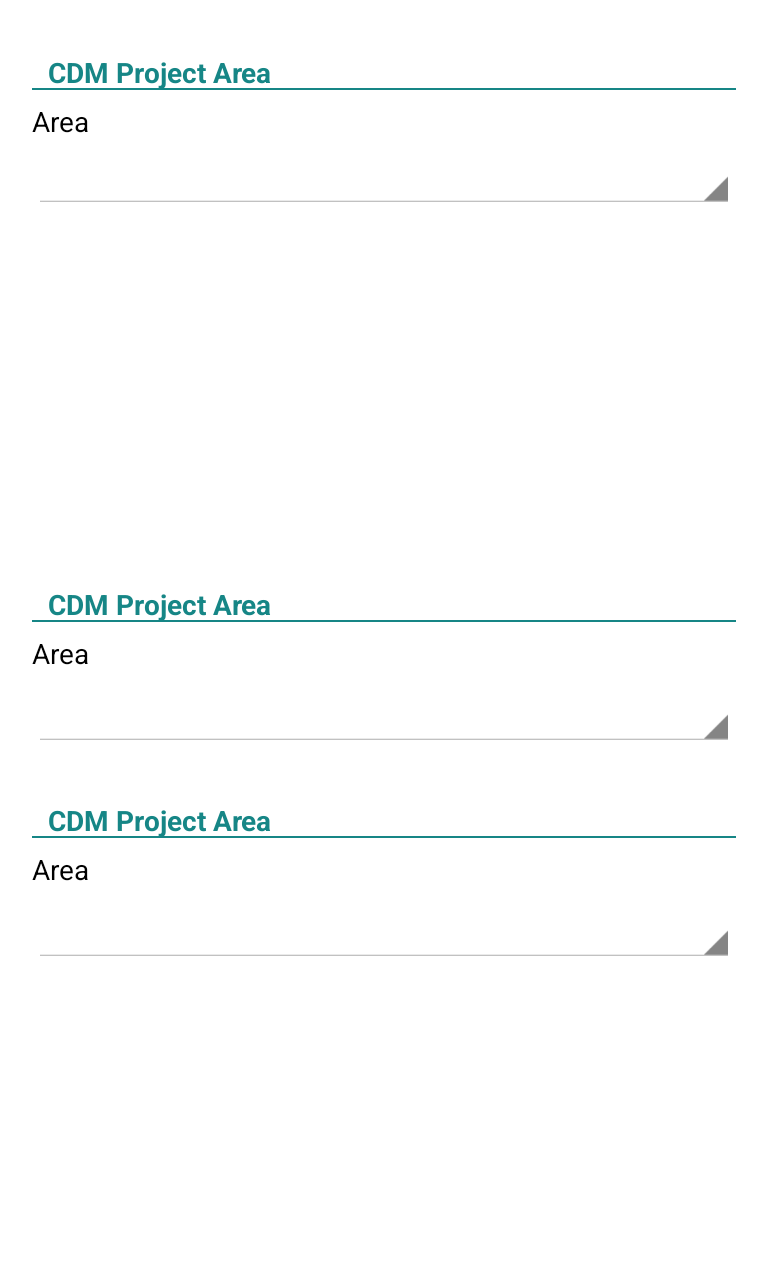
Repository: erwasambo/greendevelopment
Layout: GreenDevelopment/res/layout/usercofig.xml
The author's editor kept a copy of each file at every save. The layout is drawn from the files as they stood at one save, then again after the next save.
It is drawn on a 768 x 1280 px phone screen (xhdpi) without system bars, with theme AppBaseTheme; the app's code is not run.

Above is the layout before, as saved 2013-11-13 17:03:15.

### GreenDevelopment/res/layout/usercofig.xml
<?xml version="1.0" encoding="utf-8"?>
<RelativeLayout xmlns:android="http://schemas.android.com/apk/res/android"
    android:layout_width="match_parent"
    android:layout_height="match_parent" >

    <LinearLayout
        android:id="@+id/OrgLinearLayout"
        android:layout_width="match_parent"
        android:layout_height="wrap_content"
        android:layout_alignParentLeft="true"
        android:layout_alignParentTop="true"
        android:orientation="vertical"
        android:paddingLeft="@dimen/activity_horizontal_margin"
        android:paddingRight="@dimen/activity_horizontal_margin" >

        <RelativeLayout
            android:layout_width="match_parent"
            android:layout_height="@dimen/lvHdrItemHeight"
            android:clickable="false" >

            <View
                android:id="@+id/item_separator"
                android:layout_width="match_parent"
                android:layout_height="@dimen/lvDividerHeight"
                android:layout_alignParentBottom="true"
                android:layout_marginTop="@dimen/lvSectionDividerMarginTop"
                android:background="@color/lvHeaderDividerColor" />

            <TextView
                android:id="@+id/TextView10"
                style="@style/listViewHeaderItem"
                android:layout_width="match_parent"
                android:layout_height="fill_parent"
                android:layout_alignParentLeft="true"
                android:layout_marginTop="5dp"
                android:drawableBottom="@color/goblinGreen"
                android:gravity="bottom|left"
                android:text="@string/cdmprojarea"
                android:textColor="@color/lvHeaderTextColor"
                android:textIsSelectable="false" />
        </RelativeLayout>

        <TextView
            android:id="@+id/TextView06"
            android:layout_width="wrap_content"
            android:layout_height="wrap_content"
            android:layout_alignParentLeft="true"
            android:layout_below="@+id/textView1"
            android:layout_marginTop="6dp"
            android:text="@string/area"
            android:textAppearance="?android:attr/textAppearanceMedium"
            android:textSize="@dimen/lvHeadingTextSize" />

        <Spinner
            android:id="@+id/projareaSpinner1"
            android:layout_width="match_parent"
            android:layout_height="wrap_content"
            android:layout_alignParentLeft="true"
            android:layout_alignRight="@+id/orgtextView2"
            android:layout_below="@+id/textView1"
            android:layout_marginTop="3dp" />
    </LinearLayout>

    <LinearLayout
        android:id="@+id/PersRespLinearLayout"
        android:layout_width="match_parent"
        android:layout_height="wrap_content"
        android:layout_alignParentLeft="true"
        android:layout_centerVertical="true"
        android:orientation="vertical"
        android:paddingLeft="@dimen/activity_horizontal_margin"
        android:paddingRight="@dimen/activity_horizontal_margin" >

        <RelativeLayout
            android:layout_width="match_parent"
            android:layout_height="@dimen/lvHdrItemHeight"
            android:clickable="false" >

            <View
                android:id="@+id/View01"
                android:layout_width="match_parent"
                android:layout_height="@dimen/lvDividerHeight"
                android:layout_alignParentBottom="true"
                android:layout_marginTop="@dimen/lvSectionDividerMarginTop"
                android:background="@color/lvHeaderDividerColor" />

            <TextView
                android:id="@+id/TextView01"
                style="@style/listViewHeaderItem"
                android:layout_width="match_parent"
                android:layout_height="fill_parent"
                android:layout_alignParentLeft="true"
                android:layout_marginTop="5dp"
                android:drawableBottom="@color/goblinGreen"
                android:gravity="bottom|left"
                android:text="@string/cdmprojarea"
                android:textColor="@color/lvHeaderTextColor"
                android:textIsSelectable="false" />
        </RelativeLayout>

        <TextView
            android:id="@+id/TextView02"
            android:layout_width="wrap_content"
            android:layout_height="wrap_content"
            android:layout_alignParentLeft="true"
            android:layout_below="@+id/textView1"
            android:layout_marginTop="6dp"
            android:text="@string/area"
            android:textAppearance="?android:attr/textAppearanceMedium"
            android:textSize="@dimen/lvHeadingTextSize" />

        <Spinner
            android:id="@+id/Spinner01"
            android:layout_width="match_parent"
            android:layout_height="wrap_content"
            android:layout_alignParentLeft="true"
            android:layout_alignRight="@+id/orgtextView2"
            android:layout_below="@+id/textView1"
            android:layout_marginTop="6dp" />
    </LinearLayout>

    <LinearLayout
        android:id="@+id/LinearLayout02"
        android:layout_width="match_parent"
        android:layout_height="wrap_content"
        android:layout_alignParentLeft="true"
        android:layout_below="@+id/PersRespLinearLayout"
        android:orientation="vertical"
        android:paddingLeft="@dimen/activity_horizontal_margin"
        android:paddingRight="@dimen/activity_horizontal_margin" >

        <RelativeLayout
            android:layout_width="match_parent"
            android:layout_height="@dimen/lvHdrItemHeight"
            android:clickable="false" >

            <View
                android:id="@+id/View02"
                android:layout_width="match_parent"
                android:layout_height="@dimen/lvDividerHeight"
                android:layout_alignParentBottom="true"
                android:layout_marginTop="@dimen/lvSectionDividerMarginTop"
                android:background="@color/lvHeaderDividerColor" />

            <TextView
                android:id="@+id/TextView03"
                style="@style/listViewHeaderItem"
                android:layout_width="match_parent"
                android:layout_height="fill_parent"
                android:layout_alignParentLeft="true"
                android:layout_marginTop="5dp"
                android:drawableBottom="@color/goblinGreen"
                android:gravity="bottom|left"
                android:text="@string/cdmprojarea"
                android:textColor="@color/lvHeaderTextColor"
                android:textIsSelectable="false" />
        </RelativeLayout>

        <TextView
            android:id="@+id/TextView04"
            android:layout_width="wrap_content"
            android:layout_height="wrap_content"
            android:layout_alignParentLeft="true"
            android:layout_below="@+id/textView1"
            android:layout_marginTop="6dp"
            android:text="@string/area"
            android:textAppearance="?android:attr/textAppearanceMedium"
            android:textSize="@dimen/lvHeadingTextSize" />

        <Spinner
            android:id="@+id/Spinner02"
            android:layout_width="match_parent"
            android:layout_height="wrap_content"
            android:layout_alignParentLeft="true"
            android:layout_alignRight="@+id/orgtextView2"
            android:layout_below="@+id/textView1"
            android:layout_marginTop="6dp" />
    </LinearLayout>

</RelativeLayout>

### GreenDevelopment/res/values/styles.xml
<resources>
    <style name="AppBaseTheme" parent="android:Theme.Light">
    </style>

    <style name="listViewHeaderItem">
        <item name="android:textStyle">bold</item>
        <item name="android:textSize">@dimen/lvHeadingTextSize</item>
        <item name="android:paddingLeft">@dimen/lvHeadingPaddingLeft</item>
    </style>

    <style name="listViewItem">
        <item name="android:layout_height">@dimen/lvItemHeight</item>
        <item name="android:clickable">true</item>
    </style>

    <style name="listViewPrimaryDetail">
        <item name="android:paddingTop">@dimen/lvPrimaryPaddingTop</item>
        <item name="android:paddingBottom">@dimen/lvPrimaryPaddingBottom</item>
        <item name="android:paddingLeft">@dimen/lvPrimaryPaddingLeft</item>
        <item name="android:textColor">@color/primaryTextColor</item>
        <item name="android:textSize">@dimen/lvPrimaryTextSize</item>
    </style>

    <style name="listViewSecondaryDetail">
        <item name="android:paddingTop">@dimen/lvSecondaryPaddingTop</item>
        <item name="android:paddingBottom">@dimen/lvSecondaryPaddingBottom</item>
        <item name="android:paddingLeft">@dimen/lvSecondaryPaddingLeft</item>
        <item name="android:textColor">@color/secondaryTextColor</item>
        <item name="android:textSize">@dimen/lvSecondaryTextSize</item>
    </style>

    <style name="listViewVerticalDivider">
        <item name="android:layout_marginTop">@dimen/lvDividerMargin</item>
        <item name="android:layout_marginBottom">@dimen/lvDividerMargin</item>
        <item name="android:layout_width">@dimen/lvDividerWidth</item>
        <item name="android:background">@color/lvDividerColor</item>
    </style>

    <style name="listViewSectionDividerVerticalDivider">
        <item name="android:layout_width">@dimen/lvDividerWidth</item>
        <item name="android:background">@color/goblinGreen</item>
        <item name="android:layout_marginTop">@dimen/lvSectionDividerMargin</item>
        <item name="android:layout_marginBottom">@dimen/lvSectionDividerMargin</item>
    </style>

    <style name="listViewItemButtonStyle">
        <item name="android:layout_width">@dimen/lvItemHeight</item>
        <item name="android:layout_height">@dimen/lvItemHeight</item>
        <item name="android:scaleType">centerInside</item>
    </style>

    <style name="listViewHeaderItemButtonStyle">
        <item name="android:layout_width">@dimen/lvItemHeight</item>
        <item name="android:layout_height">@dimen/lvItemHeight</item>
        <item name="android:scaleType">centerInside</item>
    </style>

</resources>

### GreenDevelopment/res/values/dimens.xml
<resources>

    <!-- Default screen margins, per the Android Design guidelines. -->
    <dimen name="activity_horizontal_margin">16dp</dimen>
    <dimen name="activity_vertical_margin">16dp</dimen>

	<dimen name="lvPrimaryTextSize">18sp</dimen>
    <dimen name="lvSecondaryTextSize">14sp</dimen>

    <dimen name="lvHdrItemHeight">45dp</dimen>
    <dimen name="lvItemHeight">65dp</dimen>

    <dimen name="lvHeadingPaddingLeft">8dp</dimen>
    <dimen name="lvHeadingTextSize">14sp</dimen>

    <dimen name="lvPrimaryPaddingTop">6dp</dimen>
    <dimen name="lvPrimaryPaddingBottom">1dp</dimen>
    <dimen name="lvPrimaryPaddingLeft">8dp</dimen>

    <dimen name="lvSecondaryPaddingTop">2dp</dimen>
    <dimen name="lvSecondaryPaddingBottom">6dp</dimen>
    <dimen name="lvSecondaryPaddingLeft">8dp</dimen>

    <dimen name="lvDividerHeight">1dp</dimen>
    <dimen name="lvDividerMargin">15dp</dimen>
    <dimen name="lvSectionDividerMargin">5dp</dimen>
    <dimen name="lvDividerWidth">1dp</dimen>

    <dimen name="lvSectionDividerMarginTop">5dp</dimen>
</resources>

### GreenDevelopment/res/values/colors.xml
<?xml version="1.0" encoding="utf-8"?>
<resources>
    <color name="lvHeaderTextColor">#168686</color>
    <color name="primaryTextColor">#333333</color>
    <color name="secondaryTextColor">#777777</color>

    <color name="goblinGreen">#168686</color>
    <color name="lvHeaderDividerColor">#168686</color>
    <color name="lvDividerColor">#E0E0E0</color>
    <color name="whiteColor">#FFFFFF</color>
</resources>

### GreenDevelopment/res/values/strings.xml
<?xml version="1.0" encoding="utf-8"?>
<resources>
	<string name="hello">Hello World, MainActivity!</string>
    <string name="app_name">Green Development</string>
    <string name="action_settings">Settings</string>
	<string-array name="speed">
        <item>12 Seconds</item>
        <item>15 Seconds</item>
        <item>18 Seconds</item>
        <item>21 Seconds</item>
        <item>30 Seconds</item>
    </string-array>
    <string name="menu_settings">Settings</string>
    <string name="title_activity_splashscreen">Green Development</string>
    <string name="main">Green Development</string>
    <string name="capture">Capture</string>
    <string name="Capture2">Capture</string>
    <string name="Recapture">Recapture</string><string name="Upload">Save Gesture</string>
    <string name="picture">Picture</string>
    <string name="Exit">Exit</string>
    <string name="settings">Settings</string>
     <string name="save">Save</string>
    <string name="space"></string>
    <string name="learn">Learn Sign</string>
    <string name="fullname">Full Name</string>
    <string name="address">Address</string>
    <string name="phone">Phone Number</string>
    <string name="agree">End User Agreement</string>
    <string name="enduserinfo">End User Information</string>
    <string name="next">Next</string>
    <string name="equipsol">Equipment or solutions provided</string>
    <string name="ethanolstv">Ethanol Stove</string>
    <string name="biogasstv">Biogas Stove</string>
    <string name="purifiedstv">Purified Water</string>
    <string name="partsupp">Project Implementation Partner/ Supplier of Solutions</string>
    <string name="org">Organization</string>
    <string name="personresp">Person responsible for filling in the form</string>
    <string name="cdmprojarea">CDM Project Area</string>
    <string name="termone">1. The equipment supplied is provided as part of a CDM Program and that the household is a Project Participating household under the \"POA for the Reduction of emission from non-renewable fuel from cooking household level\" and that the equipment and solutions provided is subsidized with the income from the carbon credits generated.</string>
    <string name="termtwo">2. The carbon credits generated from the solutions belong to Green Development AS.</string>
    <string name="termthree">3. The household is not part of any other program or project in which carbon credits are generated for the same solutions as provided through this program.</string>
    <string name="termfour">4.  Prior to receiving the equipmet or solutions reffered to in this contract, the household where using woody biomass  for cooking and boiling their drinking water. Without the provided equipment and solutions, the household would have continued to use woody biomass as cooking fuel and would have continued to boil their drinking water.</string>
    <string name="takesurvey">Take Survey</string>
    <string name="submit">Submit</string>
    <string name="cd">Content Description</string>
    <string name="enduseragree">End User Agreement</string>
    <string name="intro">For solutions provided as part of the PoA for the reduction of emission from non-renewable fuel from cooking at household level</string>
    <string name="area">Area</string>
    <string name="termsofcontract">Terms of the contract</string>
    <string name="understood">It is understood and agreed that the following statements are correct:</string>
    <string name="signature">Signature</string>
    <string name="manage">Manage Surveys</string>
    <string name="config">User Configurations</string>
    <string name="takepic">Take Picture</string>
    <string name="yes">Yes</string>
    <string name="not">No</string>
    <string name="savesuccess">Survey saved successfully!</string>
</resources>

Loaded but not shown: GreenDevelopment/res/values-v11/styles.xml (common file); GreenDevelopment/res/values-v14/styles.xml (common file)

After the next save:
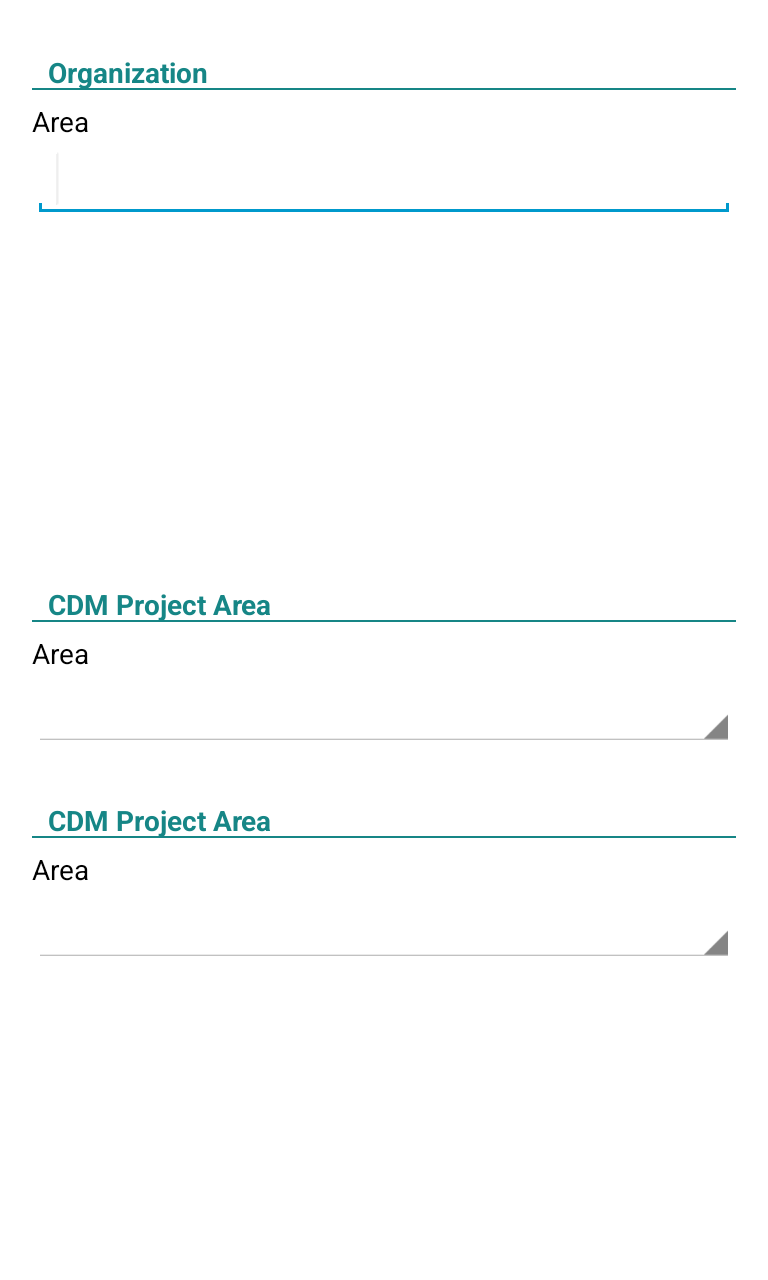
Saved 2 min 43 s later.
--- a/GreenDevelopment/res/layout/usercofig.xml
+++ b/GreenDevelopment/res/layout/usercofig.xml
@@ -35,7 +35,7 @@
                 android:layout_marginTop="5dp"
                 android:drawableBottom="@color/goblinGreen"
                 android:gravity="bottom|left"
-                android:text="@string/cdmprojarea"
+                android:text="@string/org"
                 android:textColor="@color/lvHeaderTextColor"
                 android:textIsSelectable="false" />
         </RelativeLayout>
@@ -50,15 +50,15 @@
             android:text="@string/area"
             android:textAppearance="?android:attr/textAppearanceMedium"
             android:textSize="@dimen/lvHeadingTextSize" />
+        <EditText
+                android:id="@+id/editTextfullname"
+                android:layout_width="match_parent"
+                android:layout_height="wrap_content"
+                android:ems="10"
+                android:inputType="textCapWords" >
 
-        <Spinner
-            android:id="@+id/projareaSpinner1"
-            android:layout_width="match_parent"
-            android:layout_height="wrap_content"
-            android:layout_alignParentLeft="true"
-            android:layout_alignRight="@+id/orgtextView2"
-            android:layout_below="@+id/textView1"
-            android:layout_marginTop="3dp" />
+                <requestFocus />
+            </EditText>
     </LinearLayout>
 
     <LinearLayout
